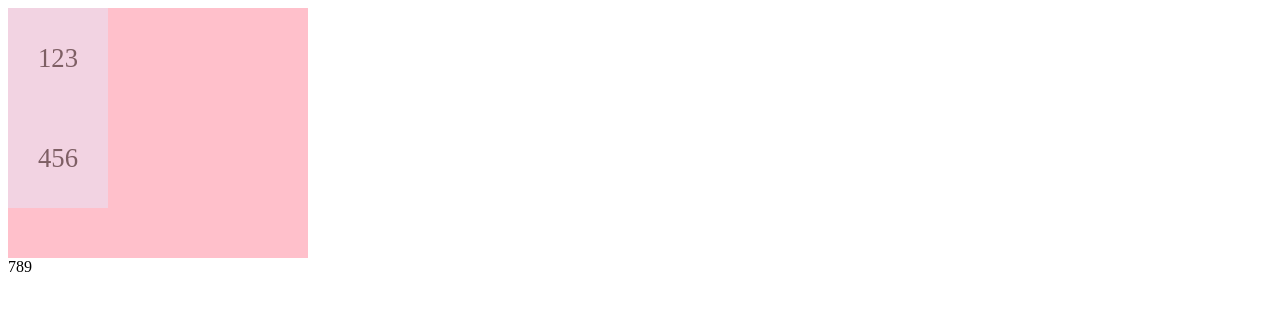
Repository: sangah-park98/jsp-class
Page: k20230508_1_css/src/main/webapp/20_박스모델10.html
The author's editor kept a copy of each file at every save. The page is drawn from the files as they stood at one save, then again after the next save.
The browser window is 1280 px wide. The pictures show the whole page.

Above is the page before, as saved 2023-05-09 03:36:40.

After the next save:
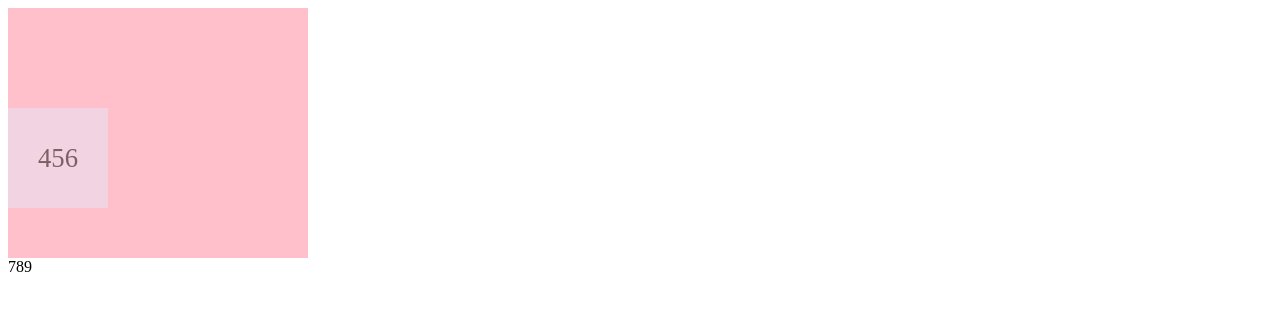
Saved 43 s later.
--- a/k20230508_1_css/src/main/webapp/20_박스모델10.html
+++ b/k20230508_1_css/src/main/webapp/20_박스모델10.html
@@ -32,6 +32,11 @@
 	/* .parent .child:first-child {
 		display: none;
 	} */
+	 .parent .child:nth-child(1) {
+		opacity: 0.0;
+	}
+
+
 </style>
 </head>
 <body>
